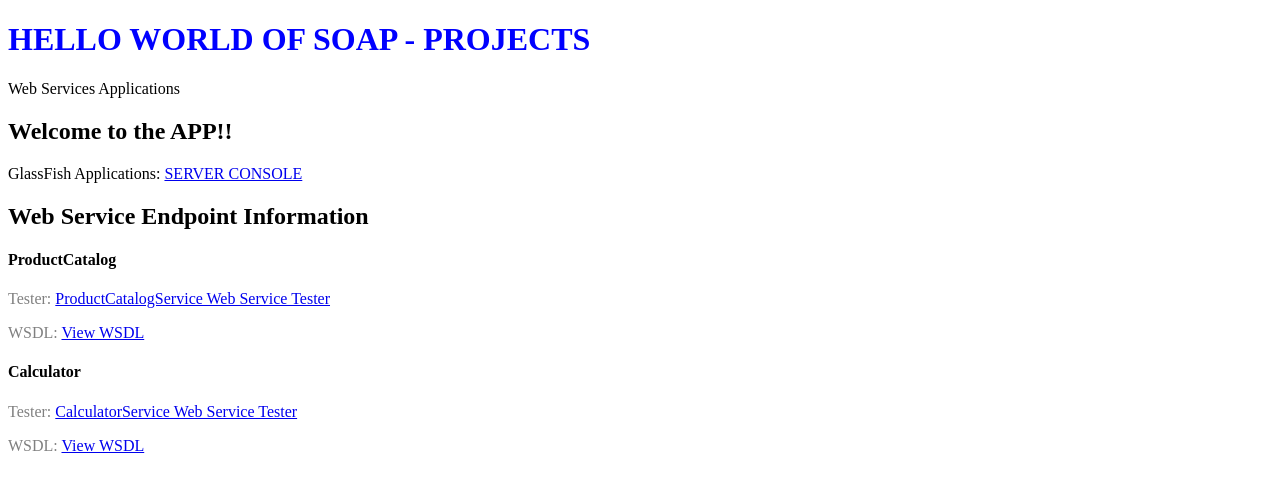
Repository: atafs/BackEnd_JAX-JAX-WS_SOAP
Page: http://localhost/Project_003_SOAP_server_ServiceAndContractFirst/
An editor plug-in stored every save of this project. The page is shown before and after the next save, followed by the edit.
The browser window is 1280 px wide. The pictures show the whole page.
The page is served by Tomcat 9.

Above is the page before, as saved 2016-01-26 11:56:36.

After the next save:
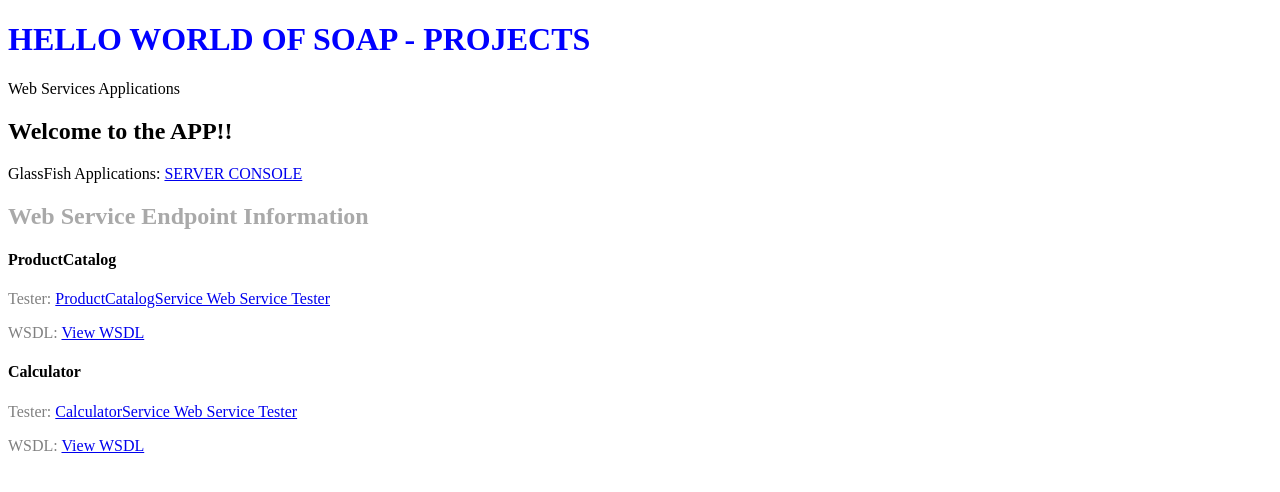
Saved 82 s later.
--- a/Project_003_SOAP_server_ServiceAndContractFirst/WebContent/index.jsp
+++ b/Project_003_SOAP_server_ServiceAndContractFirst/WebContent/index.jsp
@@ -18,7 +18,7 @@
 	<h2>Welcome to the APP!! </h2>
 	<p>GlassFish Applications: <a href="http://localhost:4848/common/index.jsf">SERVER CONSOLE</a></p>
 
-	<h2>Web Service Endpoint Information</h2>
+	<h2 style="color:darkgray;">Web Service Endpoint Information</h2>
 	<h4>ProductCatalog</h4>
 	<p style="color:gray;">Tester: <a href="http://atafs:9090/Project_003_SOAP_server_ServiceAndContractFirst/ProductCatalogService?Tester">ProductCatalogService Web Service Tester</a></p>
 	<p style="color:gray;">WSDL: <a href="http://atafs:9090/Project_003_SOAP_server_ServiceAndContractFirst/ProductCatalogService?wsdl">View WSDL</a></p>
